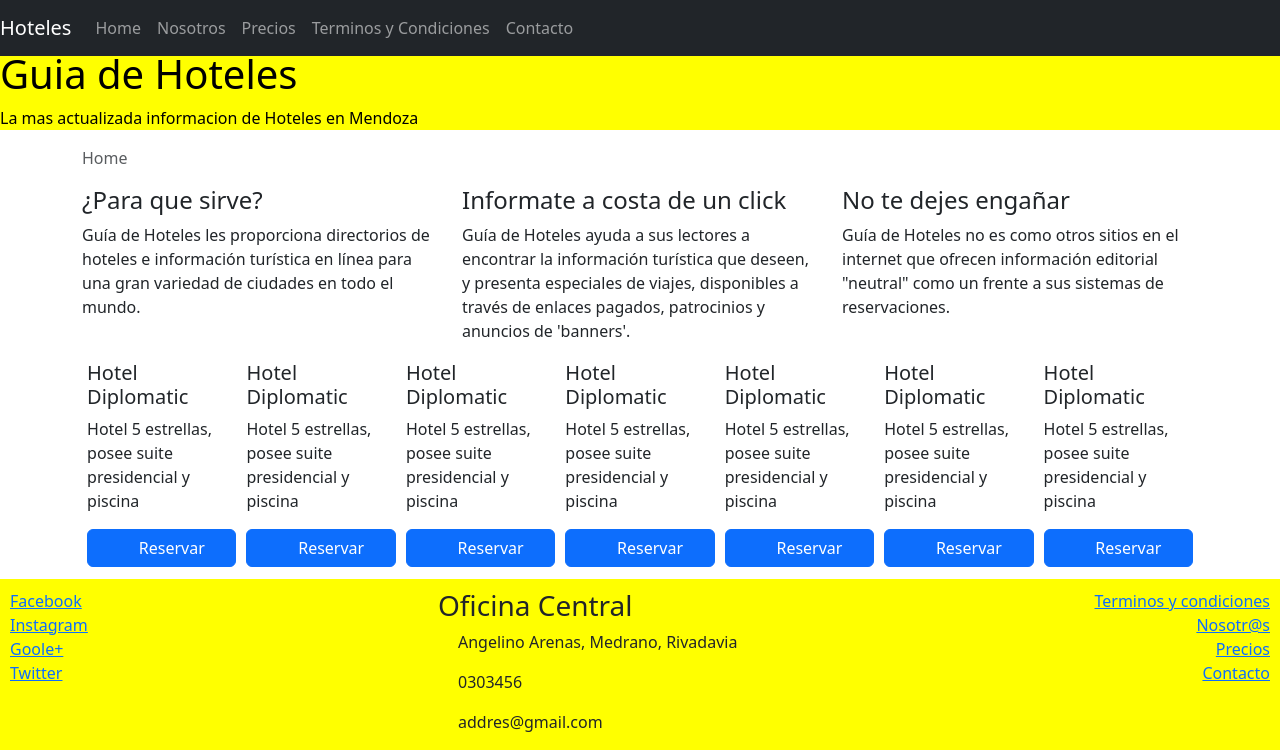
Repository: JulianMoralesSantoni/PaginaHoteles
Page: index.html
These files come from the project's save history. The page is drawn as it stood at one moment and after the next save; the edit follows.
The browser window is 1280 px wide. The page is 1282 px wide, so the pictures cover 1282 px, including what lies to the right of the window. The pictures show the whole page.
Some web fonts or font styles are not loaded; a fallback is used. Some web libraries are served in a nearby version.

Above is the page before, as saved 2021-03-29 01:34:15.

After the next save:
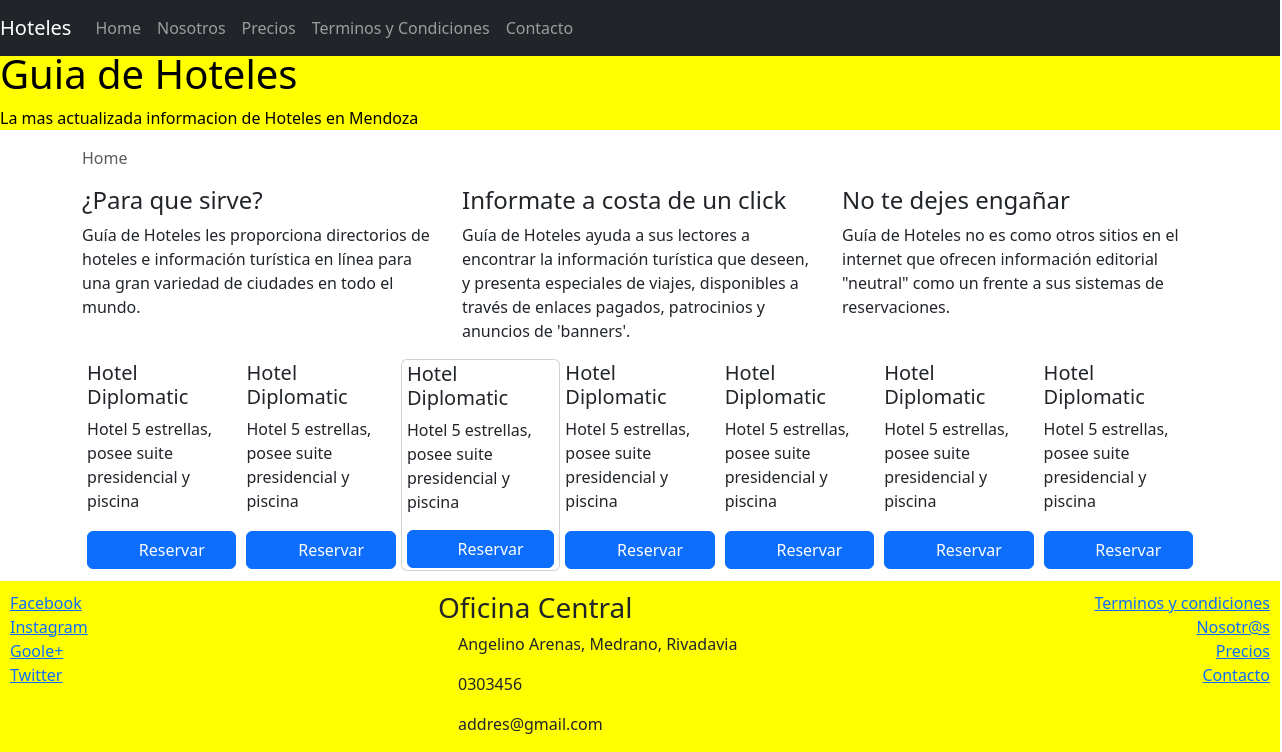
Saved 23 h 31 min later.
--- a/index.html
+++ b/index.html
@@ -101,7 +101,7 @@
 
     </div>
 
-    <div class="card-hotel d-flex flex-column justify-content-between">
+    <div class=" card card-hotel d-flex flex-column justify-content-between">
            <div>
              <h5>Hotel Diplomatic</h5>
               <p>Hotel 5 estrellas, posee suite presidencial y piscina</p></div>
